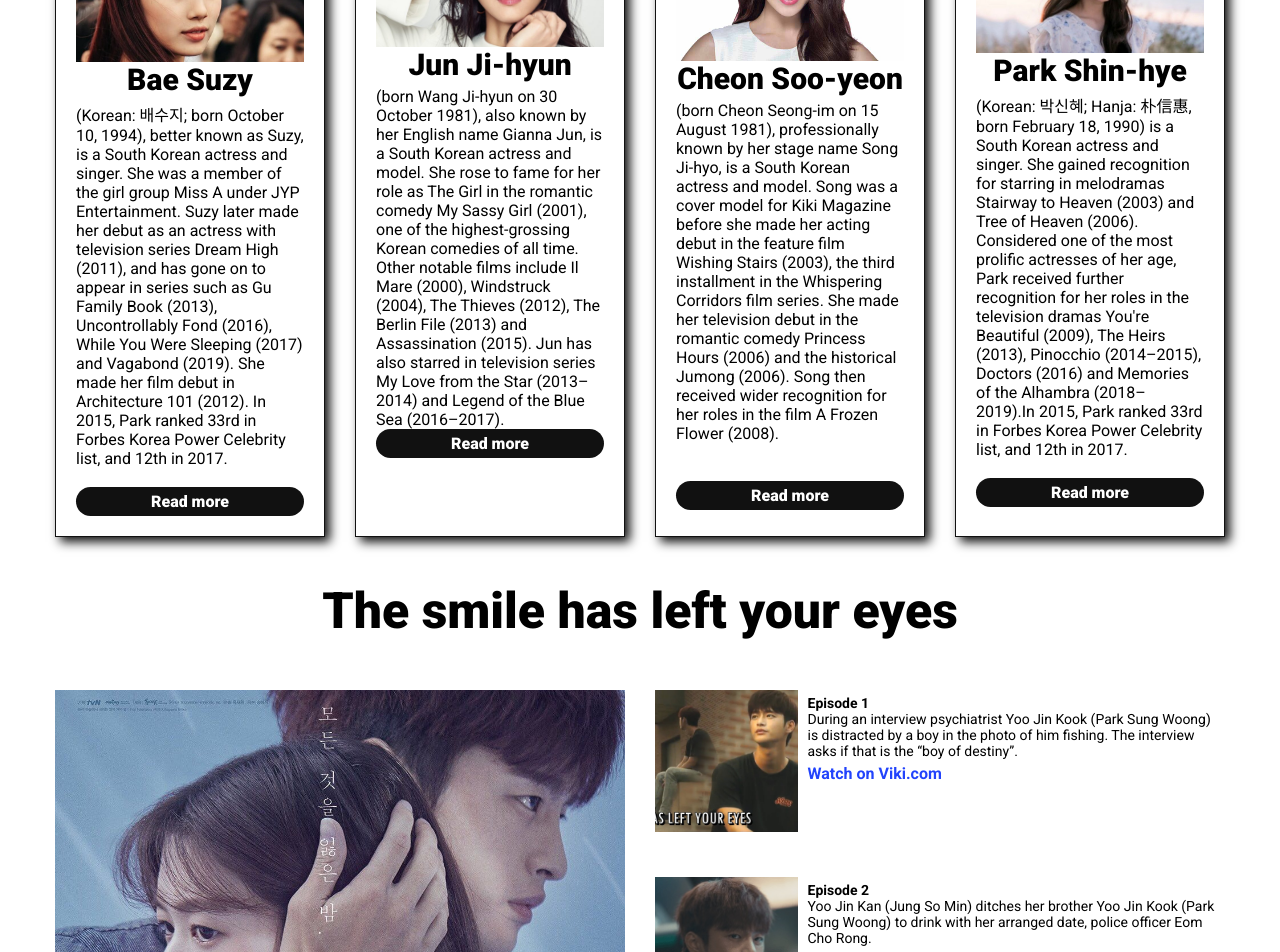
Repository: michalskirobert/K-drama-website
Page: index.html
These files come from the project's save history. The page is drawn as it stood at one moment and after the next save; the edit follows.
The browser window is 1280 px wide. The pictures show the part of the page from y = 807 to 1759 px (the page is 2860 px tall).
A picture or video elsewhere on the page could not be fetched, so the positions and the page height are approximate.

Above is the page before, as saved 2020-10-26 15:42:05.

### index.html
<!DOCTYPE html>
<html lang="en">

<head>
  <meta charset="UTF-8" />
  <meta name="viewport" content="width=device-width, initial-scale=1.0" />
  <meta name="author" content="Robert Michalski" />
  <meta name="description" content="Websie about K-drama" />
  <meta name="keywords" content="k-drama, korea, south" />
  <link rel="stylesheet" href="./css/style.css" />
  <link
    href="https://fonts.googleapis.com/css2?family=Roboto:ital,wght@0,100;0,300;0,400;0,500;0,700;0,900;1,100;1,300;1,400;1,500;1,700;1,900&display=swap"
    rel="stylesheet">
    <meta property="og:site_name" content="K-dramas" />
    <meta property="og:url" content="www.example.com" />
    <meta property="og:type" content="website" />
    <meta name="title" property="og:title" content="K-dramas are awesome!" />
    <meta name="image" property="og:image" content="./image/banner.jpg" />
    <meta property="og:image:type" content="image/png">
    <meta property="og:image:width" content="1024">
    <meta property="og:image:height" content="1024">
  <title>K-drama world</title>
</head>

<body>
  <header>
    <a href="./index.html"><img src="./img/logo.png" alt="LOGO" class="logo"></a>
    <nav>
      <ul class="nav-list">
        <li><a href="#" class="nav-links">Home</a></li>
        <li><a href="#" class="nav-links">Dramas</a></li>
        <li><a href="#" class="nav-links">About</a></li>
        <li><a href="#" class="nav-links">Contact</a></li>
      </ul>
    </nav>
  </header>
  <main>
    <section class="banner">
      <div class="vertical__text">
        <h2>Welcome to K-drama page</h2>
      </div>
    </section>
    <section class="home main--box">
      <br>
      <h1>Top 4 Korean actress</h1>
      <div class="container">
        <div class="box__item">
          <div class="box">
            <img src="./img/actress/bae__suzy.jpg" alt="Bae Suzy" id="suzyBae" /></a>
            <h2>Bae Suzy</h2>
            <p>
              (Korean: 배수지; born October 10, 1994), better known as Suzy, is a South Korean actress and
              singer. She was a member of the girl group Miss A under JYP Entertainment. Suzy later made her debut as an
              actress with television series Dream High (2011), and has gone on to appear in series such as Gu Family
              Book (2013), Uncontrollably Fond (2016), While You Were Sleeping (2017) and Vagabond (2019). She made her
              film debut in Architecture 101 (2012). In 2015, Park ranked 33rd in Forbes Korea Power Celebrity list, and
              12th in 2017.
            </p>
            <br>
            <a href="https://en.wikipedia.org/wiki/Bae_Suzy" target="_blank"><button type="submit" class="box__button" value="baeSuzy">Read more</button></a>
          </div>
        </div>
        <div class="box__item">
          <div class="box">
            <img src="./img/actress/Jun_Ji_Hyun.jpg" alt="Jun ji hyun" id="junJiHyun">
            <h2>Jun Ji-hyun</h2>
            <p>
              (born Wang Ji-hyun on 30 October 1981), also known by her English name Gianna Jun, is a South
              Korean actress and model. She rose to fame for her role as The Girl in the romantic comedy My Sassy Girl
              (2001), one of the highest-grossing Korean comedies of all time. Other notable films include Il Mare
              (2000), Windstruck (2004), The Thieves (2012), The Berlin File (2013) and Assassination (2015).
              Jun has also starred in television series My Love from the Star (2013–2014) and Legend of the Blue Sea
              (2016–2017).
            </p>
            <a href="https://en.wikipedia.org/wiki/Jun_Ji-hyun" target="_blank"><button type="submit" class="box__button" onclick="windowOpen()" value="hyun">Read more</button></a>
          </div>
        </div>
        <div class="box__item">
          <div class="box">
            <img src="./img/actress/song-ji-hyo.jpg" alt="Cheon Soo-yeon" id="cheonSooYeon" />
            <h2>Cheon Soo-yeon</h2>
            <p>
              (born Cheon Seong-im on 15 August 1981), professionally known by her stage name Song Ji-hyo, is a South
              Korean actress and model. Song was a cover model for Kiki Magazine before she made her acting debut in the
              feature film Wishing Stairs (2003), the third installment in the Whispering Corridors film series. She
              made her television debut in the romantic comedy Princess Hours (2006) and the historical Jumong (2006).
              Song then received wider recognition for her roles in the film A Frozen Flower (2008).
            </p>
            <br>
            <br>
           <a href="https://en.wikipedia.org/wiki/Song_Ji-hyo"><button type="submit" class="box__button">Read more</button></a>
          </div>
        </div>
        <div class="box__item">
          <div class="box">
            <img src="./img/actress/park_shinhye.jpg" alt="Park Shin-hye" id="parkShinHye" />
            <h2>Park Shin-hye</h2>
            <p>
              (Korean: 박신혜; Hanja: 朴信惠, born February 18, 1990) is a South Korean actress and singer. She gained
              recognition for starring in melodramas Stairway to Heaven (2003) and Tree of Heaven (2006). Considered one
              of the most prolific actresses of her age, Park received further recognition for her roles in the
              television dramas You're Beautiful (2009), The Heirs (2013), Pinocchio (2014–2015), Doctors (2016) and
              Memories of the Alhambra (2018–2019).In 2015, Park ranked 33rd in Forbes Korea Power Celebrity list, and
              12th in 2017.
            </p>
            <br>
            <a href="https://en.wikipedia.org/wiki/Park_Shin-hye" target="_blank"><button type="submit" class="box__button">Read more</button></a>
          </div>
        </div>
      </div>
      </div>
    </section>
    <section class="drama__list">
      <h2>The smile has left your eyes</h2>
      <div class="container container--drama">
        <div class="image__container__item">
          <img src="./img/dramas/theSmileHasLeftYourEyes.jpg" alt="">
        </div>
        <div class="drama__container">
          <div class="box__item box__item--drama">
            <div class="box box--drama">
              <img src="./img/dramas/tshlEp1.jpg" alt="">
              <p>
                <b>Episode 1</b> <br>
                During an interview psychiatrist Yoo Jin Kook (Park Sung Woong) is distracted by a boy in the photo of
                him fishing. The interview asks if that is the “boy of destiny”.
              </p>
              <a href="https://www.viki.com/tv/36185c-the-smile-has-left-your-eyes" target="_blank">Watch on Viki.com</a>
            </div>
          </div>
          <div class="box__item box__item--drama">
            <div class="box box--drama">
              <img src="./img/dramas/tshlEp2.jpg" alt="">
              <p>
                <b>Episode 2</b><br>
                Yoo Jin Kan (Jung So Min) ditches her brother Yoo Jin Kook (Park Sung Woong) to drink with her arranged
                date, police officer Eom Cho Rong.
              </p>
              <a href="https://www.viki.com/tv/36185c-the-smile-has-left-your-eyes" target="_blank">Watch on Viki.com</a>
            </div>
          </div>
        </div>
      </div>
      <h2>Descendants of the Sun</h2>
      <div class="container container--drama">
        <div class="image__container__item desc">
          <img src="./img/dramas/Descendants_of_the_Sun.jpg" alt="Descendants of the Sun">
        </div>
        <div class="content__box">
          <p>Descendants of the Sun (Korean: 태양의 후예; RR: Taeyang-ui Huye) is a 2016 South Korean television series
            starring Song Joong-ki, Song Hye-kyo, Jin Goo, and Kim Ji-won. It aired on KBS2 from February 24
            to April 14, 2016 for 16 episodes. KBS then aired three additional special episodes from April 20 to
            April 22, 2016 containing highlights and the best scenes from the series, the drama's production process,
            behind-the-scenes footage, commentaries from cast members and the final epilogue. <br>

            The series was a major hit in South Korea where it drew a peak audience share of 38.8%. It received
            several awards, such as winning the Grand Prize in television at the 52nd Baeksang Arts Awards; and was
            named the Most Popular Show of the year by Korea Broadcasting Advertising Corporation. <br>

            The show was broadcast across Asia where it was hugely popular and has been credited with a rise in
            tourism to Korea. A local adaptation has aired in Vietnam and adaptations are planned in
            China and the Philippines.. The actors in the show also received international recognition.
          </p>
          <a href="https://www.viki.com/tv/23205c-descendants-of-the-sun">Watch on Viki.com</a>
        </div>
      </div>
      </div>
      </div>
    </section>
  </main>
  <footer>
    <div class="container__footer">
      <div class="nav__item">
        <ul class="nav-list footer">
          <li><b class="footerHeading">Menu</b></li>
          <li><a href="#">Home</a></li>
          <li><a href="#">Dramas</a></li>
          <li><a href="#">About</a></li>
          <li><a href="#">Contact</a></li>
        </ul>
        <ul class="social-media">
          <li><b class="footerHeading">Social Media</b></li>
          <li><a href="#">Facebook</a></li>
          <li><a href="#">Twitter</a></li>
          <li><a href="#">YouTube</a></li>
          <li><a href="#">Instagram</a></li>
        </ul>
        <ul class="service">
          <li><b class="footerHeading">Service</b></li>
          <li><a href="#">Support</a></li>
          <li><a href="#">Join us</a></li>
          <li><a href="#">Label</a></li>
          <li><a href="#">Shop</a></li>
        </ul>
        <ul class="partners">
          <li><b class="footerHeading">Partners</b></li>
          <li><a href="#">Viki.com</a></li>
          <li><a href="#">Enjoy.com</a></li>
          <li><a href="#">SoutKorea.kr</a></li>
          <li><a href="#">Naver.com</a></li>
        </ul>
      </div>
      <div class="form__newsletter">
        <div id="hidden__communicate">
        </div>
        <label for="mail">Newsletter</label> <br>
        <input type="email" name="mail" id="valid__mail" placeholder="your e-mail"><input type="submit" value="Send"
          id="button" onclick="sendButton()">
      </div>
  </footer>
</body>
<script type="text/javascript" src="./js/index.js"></script>

</html>

### css/style.css
/*made by Robert Michalski*/

* {
  box-sizing: border-box;
  margin: 0;
  padding: 0;
  text-decoration: none;
  font-family: "Roboto", sans-serif;
}

header {
  width: 100%;
  position: fixed;
  background: #fff;
  height: fit-content;
  padding-bottom: 10px;
}
.logo {
  width: 55px;
  text-align: center;
  display: block;
  margin: 0 auto;
}
main {
  padding-top: 18vh;
}
.nav-list {
  display: flex;
  list-style: none;
  justify-content: space-around;
}
.nav-links {
  color: #111;
  font-size: 18px;
  font-weight: 400;
}
.nav-links:hover,
.nav-links:focus {
  color: red;
  font-size: 18px;
  font-weight: bold;
  transition: 0.5s ease;
  border: none;
}
.container {
  padding-top: 50px;
  max-width: 1200px;
  display: flex;
  flex-direction: column;
}

.container img {
  text-align: center;
  margin: 0 auto;
  display: block;
  width: 100%;
}

.box__item h2 {
  font-size: 30px;
  font-weight: 900;
  text-align: center;
  margin-bottom: 5px;
}
.box {
  border: 1px solid #111;
  padding: 20px;
  box-shadow: 5px 5px 10px #111;
}
.banner {
  background-image: url(./../img/banner.jpg);
  background-position: center;
  background-size: cover;
  background-repeat: no-repeat;
  height: calc(100vh - 200px);
  width: 100%;
  display: table;
}
.vertical__text {
  display: table-cell;
  vertical-align: middle;
}
.banner h2 {
  font-size: 60px;
  font-weight: 900;
  line-height: 70px;
  color: #fff;
  text-align: center;
  text-shadow: 2px 2px 8px #111;
  display: block;
}
.box__item {
  display: flex;
  margin-bottom: 15px;
  padding: 0 15px 30px 15px;
}
a {
  color: rgb(34, 67, 252);
  font-weight: 600;
}
a:hover {
  color: red;
  font-size: 17px;
  font-weight: 900;
  transition: 0.5s;
}
@media only screen and (min-width: 768px) {
  main {
    padding-top: 10vh;
  }
  .container {
    margin-top: 50px;
    flex-direction: row;
    flex-wrap: wrap;
  }
  .box__item {
    display: flex;
    flex-basis: 50%;
    padding: 0 15px 30px 15px;
  }
}

.box__button {
  background-color: #111;
  width: 100%;
  font-size: 16px;
  border: none;
  color: #fff;
  font-weight: 900;
  padding: 5px;
  border-radius: 150px;
}
.box__button:hover {
  background-color: red;
  padding: 8px;
  transition: 0.5s ease-in-out;
}

@media only screen and (min-width: 1200px) {
  .logo {
    display: flex;
    align-content: center;
    float: left;
    margin-left: 15px;
    line-height: normal;
  }
  .container {
    display: flex;
    flex-direction: row;
    flex-wrap: wrap;
    width: 100%;
    margin: 0 auto;
  }
  .box__item {
    flex-basis: 25%;
  }
  .nav-list {
    margin-left: auto;
    width: 800px;
    height: 8vh;
    align-items: center;
  }
  .content__box {
    flex-basis: 50%;
  }
  .desc {
    width: 600px;
  }
}

h1,
h2 {
  font-size: 35px;
  text-align: center;
  margin: 0 auto;
  display: block;
  font-weight: 900;
  height: fit-content;
}

.image__container__item {
  padding: 0 15px 30px 15px;
}

.box.box--drama {
  display: block;
  padding: 0;
  align-items: center;
  border: none;
  box-shadow: none;
}
.box.box--drama p {
  margin-left: 10px;
  padding: 5px;
  font-size: 14px;
}
.box.box--drama img {
  margin-right: 10px;
  width: 30%;
  margin-top: 15px;
  float: left;
}
h3 {
  font-size: 18px;
  font-weight: 900;
  height: fit-content;
}
.drama__title {
  display: block;
}
.content__box {
  padding: 0 15px 30px 15px;
}

@media only screen and (min-width: 768px) {
  h1,
  h2 {
    font-size: 50px;
  }
  .image__container__item {
    display: flex;
    align-items: center;
    max-width: 50%;
  }
  .box.box--drama {
    padding: 0;
    align-items: center;
  }
  .box.box--drama img {
    float: left;
    margin-top: 0;
    margin-right: 10px;
    width: 25%;
  }
  .drama__container {
    display: flex;
    flex-direction: column;
    max-width: 1200px;
    flex-basis: 50%;
  }
  .content__box {
    padding: 0 15px 30px 15px;
  }
  .desc > img {
    width: 100%;
  }
  .desc {
    margin: 0 auto;
    text-align: center;
    display: block;
    max-width: 1200px;
  }
}

footer {
  width: 100%;
  background-color: #111;
  height: fit-content;
  display: flex;
  flex-direction: column;
}
.container__footer {
  display: flex;
  padding: 15px 0;
  flex-wrap: wrap;
  justify-content: center;
}
.nav-list.footer {
  display: flex;
  flex-direction: column;
  padding: 0 20px 0;
  flex-basis: 50%;
}

.nav-list.footer a,
.service a,
.social-media a,
.partners a {
  color: #fff;
  line-height: 26px;
}

footer label,
footer h3,
footer p {
  color: #fff;
}

#hidden__communicate {
  display: none;
  color: green;
  margin-bottom: 2px;
  font-weight: 900;
}

#hidden__communicate::after {
  content: " ✔️";
}
footer h3::after {
  content: url(./../img/letter.png);
  margin-left: 5px;
}

.form__newsletter {
  padding-top: 30px;
  position: relative;
  margin: 0 auto;
}

footer [type="submit"] {
  background: orange;
  border: none;
  padding: 7px;
  font-weight: 900;
  width: 75px;
}
footer [type="submit"]:hover {
  color: #fff;
  transition: 0.5s ease-out;
}
input {
  padding: 5px;
}

.footerHeading {
  color: lightgrey;
  font-weight: 900;
  font-size: 20px;
  line-height: 50px;
}
.social-media,
.service,
.partners {
  flex-basis: 50%;
  padding: 0 20px 0;
}
.nav__item {
  display: flex;
  flex-wrap: wrap;
  flex-direction: row;
  align-items: center;
  justify-content: flex-start;
}

@media only screen and (min-width: 1200px) {
  .nav__item {
    display: flex;
    flex-wrap: nowrap;
    flex-direction: row;
    align-items: center;
    justify-content: flex-start;
  }
}

### js/index.js
function sendButton() {
  let button = document.getElementById("button");
  let comm = document.getElementById("hidden__communicate");
  if ((comm.style.display = "none")) {
    comm.style.display = "block";
    comm.innerHTML = "Your request has been sent";
    button.style.color = "white";
    button.style.background = "green";
  } else {
  }
}

After the next save:
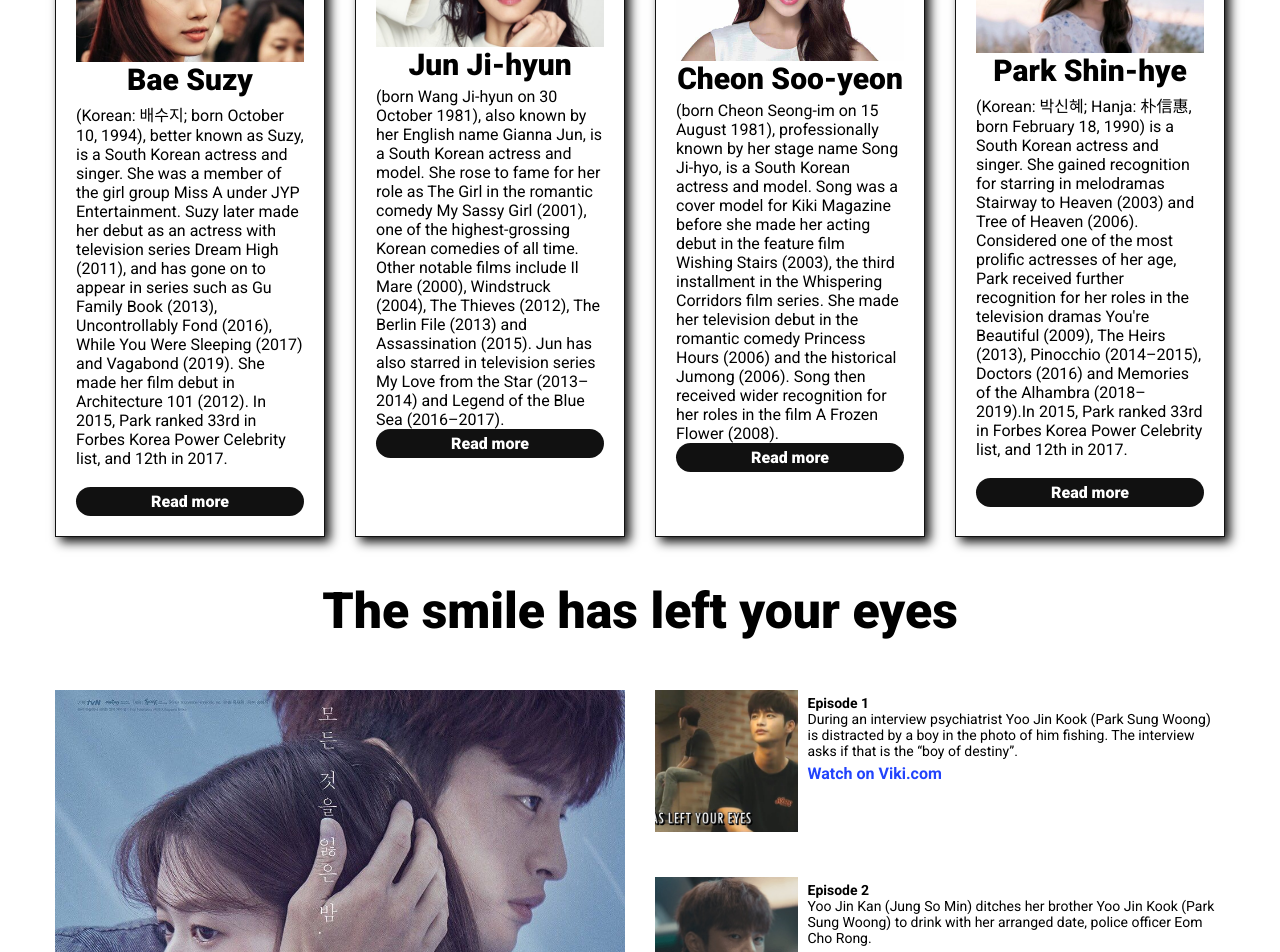
Saved 16 s later.
--- a/index.html
+++ b/index.html
@@ -85,9 +85,7 @@
               feature film Wishing Stairs (2003), the third installment in the Whispering Corridors film series. She
               made her television debut in the romantic comedy Princess Hours (2006) and the historical Jumong (2006).
               Song then received wider recognition for her roles in the film A Frozen Flower (2008).
-            </p>
-            <br>
-            <br>
+
            <a href="https://en.wikipedia.org/wiki/Song_Ji-hyo"><button type="submit" class="box__button">Read more</button></a>
           </div>
         </div>
